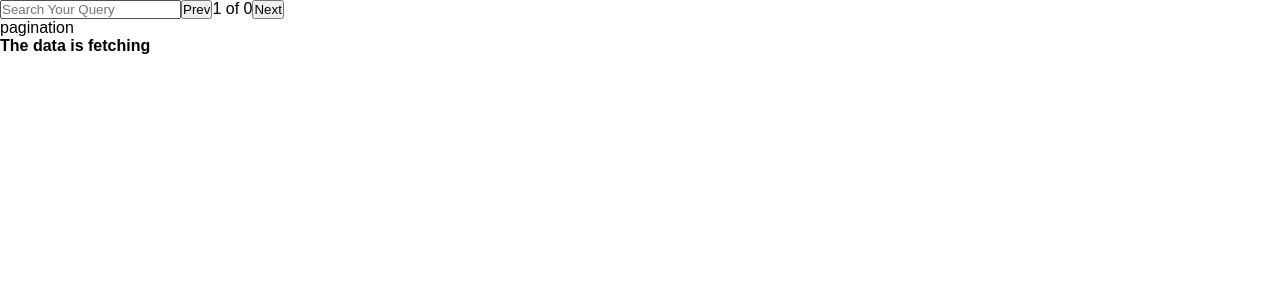
Repository: suraj-yadav7/TechNews
Page: /
The author's editor kept a copy of each file at every save. The page is drawn from the files as they stood at one save, then again after the next save.
The browser window is 1280 px wide. The pictures show the whole page.
The page's requests for data from a server got no answer. The project was rebuilt for these pictures with package versions that can differ from the ones it lists, and the page was loaded fresh each time. No one was signed in, and anything a server would have sent is missing.

Above is the page before, as saved 2023-04-28 09:54:24.

After the next save:
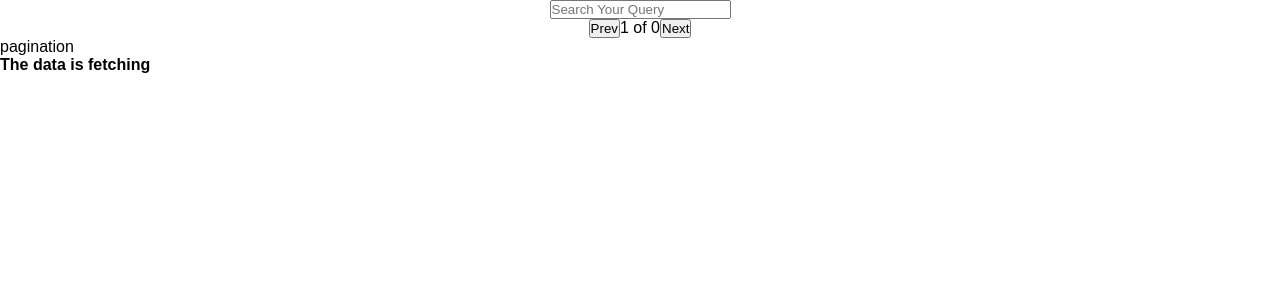
Saved 14 s later.
--- a/src/App.css
+++ b/src/App.css
@@ -37,7 +37,9 @@
 /* Search Div*/
 .searchMain{
   display: flex;
-
+  flex-direction: column;
+  align-items: center;
+  justify-content: center;
 }
 
 /* Stories */
